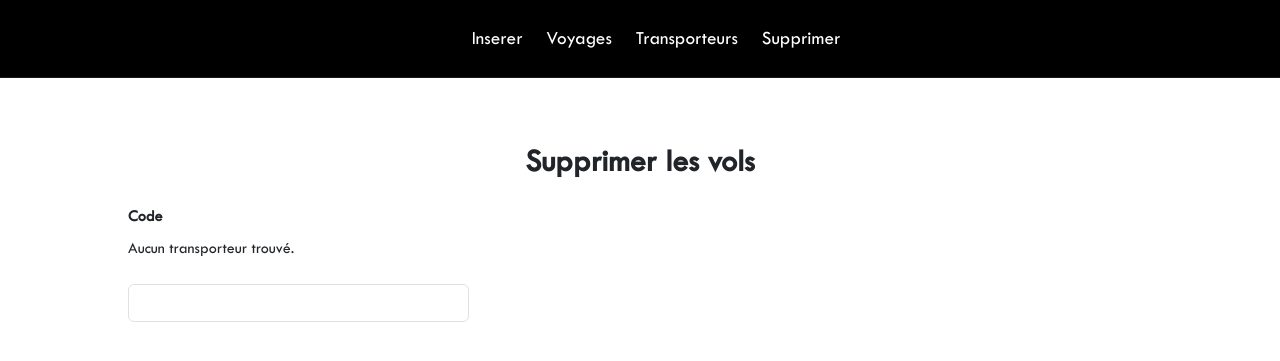
Repository: padevft/examen1-php
Page: http://localhost/server/pages/supprimerVols.php
These files come from the project's save history. The page is drawn as it stood at one moment and after the next save; the edit follows.
The browser window is 1280 px wide. The pictures show the whole page.
The page is run by PHP 8.4 with error messages shown; the project is at /var/www/html/.

Above is the page before, as saved 2023-10-11 00:32:16.

### server/pages/supprimerVols.php
<?php
    // require_once('../voyage/includes/Voyage.php');
    // require_once('../voyage/modeleVoyage.php');
    function Ctr_Liste(){
        // return Mdl_ListeCode();
        return "";
    }
    $resultat = Ctr_Liste();
?>

<!DOCTYPE html>
<html lang="en">

<head>
  <meta charset="UTF-8" />
  <meta name="viewport" content="width=device-width, initial-scale=1.0" />
  <title>Examen1</title>

  <link rel="stylesheet" href="../../client/utilitaires/bootstrap/css/bootstrap.min.css">
  <link rel="stylesheet" href="../../client/utilitaires/font-awesome-4.7.0/css/font-awesome.min.css">
  <link rel="stylesheet" href="../../client/utilitaires/swiper/swiper-bundle.min.css">
  <link rel="stylesheet" href="../../client/css/styles.css">

</head>

<body>
  <header>
    <nav class="container-nav">
        <ul class="d-flex flex-row align-items-center justify-content-center gap-4 menu">
          <li><a href="./../../index.php" class="menu-item">Inserer</a></li>
            <li><a href="./../../server/pages/voyages.php" class="menu-item">Voyages</a></li>
            <li><a href="./../../server/pages/transporteurs.php" class="menu-item">Transporteurs</a></li>
            <li><a href="./../../server/pages/supprimerVols.php" class="menu-item">Supprimer</a></li>
        </ul>
    </nav>
  </header>
  <main class="voyages">
    <h2 class="d-flex justify-content-center py-3"><b>Supprimer les vols</b></h2>
    <div class="d-flex col-12 col-md-4 flex-column gap-2">
        <label for="code" class="fw-semibold">Code</label>
        <?php
            if (is_array($resultat) && count($resultat) > 0) {
                echo '<select name="code" id="code" required class="form-control fw-semibold" placeholder="Code">';
                foreach ($resultat as $row) {
                    echo "<option value='{$row['code']}'>{$row['code']}</option>";
                }
                echo '</select>';
            } else {
                // Si le tableau est vide, affichez un message d'erreur
                echo "<p>Aucun transporteur trouvé.</p>";
            }
        ?>
        <select name="code" id="code" required class="form-control fw-semibold" placeholder="Code">

        </select>

    </div>

  </main>
  <script src="../../client/utilitaires/Jquery/jquery-3.6.0.min.js"></script>
  <script src="../../client/utilitaires/bootstrap/js/bootstrap.min.js"></script>
</body>

</html>

### client/css/styles.css
/* var text-decoration */
@font-face {
  font-family: myfont;
  src: url(../utilitaires/fonts/ufonts.com_tw-cen-mt.ttf);
}

:root {
  --color-primary: #c54f13;
  --color-primary-1: #b76b452e;
  --color-white-1: #fff;
  --color-dashed: #cccccc2f;
  --color-dashed-1: #cccccc90;
  --color-bg-1: rgba(0, 0, 0, 0.366);
}

* {
  transition: all 0.5s ease;
}

body {
  font-family: myfont !important;
}
h1 {
  display: inline-flex;
  position: relative;
  cursor: pointer;
}

a {
  color: unset;
  outline: unset;
  text-decoration: none !important;
}

ul {
  list-style-type: none; /* Retire les puces */
}

/*

****************************
Header
****************************

*/

header ul {
  margin: 0 !important;
}
.container-nav {
  padding: 1.5rem 0rem;
  background-color: black;
  border-bottom: 1px solid rgba(255, 255, 255, 0.1);
}

.menu-item {
  display: inline;
  position: relative;
  color: var(--color-white-1);
  padding-bottom: 5px;
  font-size: 1.2rem;
}

.menu-item:hover {
  color: var(--color-primary);
}
.menu-item::before {
  content: "";
  position: absolute;
  bottom: 0;
  left: 0;
  background: var(--color-primary);
  height: 2.5px;
  opacity: 1;
  visibility: visible;
  width: 0;
  -webkit-transition: 0.4s all ease-out;
  -o-transition: 0.4s all ease-out;
  transition: 0.4s all ease-out;
}
.menu-item:hover:before {
  width: 100%;
}

.container-form{
  border : 1px solid #ccc;
  border-radius: 10px;
  height: 100vh;
}
.voyages{
  padding: 3rem 8rem;
}

Loaded but not shown: client/utilitaires/bootstrap/css/bootstrap.min.css (library); client/utilitaires/font-awesome-4.7.0/css/font-awesome.min.css (library); client/utilitaires/swiper/swiper-bundle.min.css (library); client/utilitaires/Jquery/jquery-3.6.0.min.js (library); client/utilitaires/bootstrap/js/bootstrap.min.js (library)

After the next save:
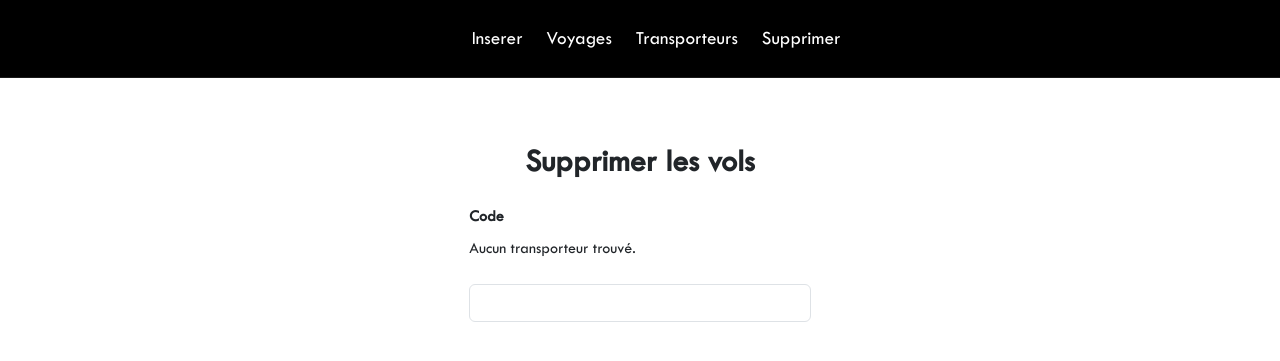
Saved 109 s later.
--- a/server/pages/supprimerVols.php
+++ b/server/pages/supprimerVols.php
@@ -36,24 +36,26 @@
   </header>
   <main class="voyages">
     <h2 class="d-flex justify-content-center py-3"><b>Supprimer les vols</b></h2>
-    <div class="d-flex col-12 col-md-4 flex-column gap-2">
-        <label for="code" class="fw-semibold">Code</label>
-        <?php
-            if (is_array($resultat) && count($resultat) > 0) {
-                echo '<select name="code" id="code" required class="form-control fw-semibold" placeholder="Code">';
-                foreach ($resultat as $row) {
-                    echo "<option value='{$row['code']}'>{$row['code']}</option>";
+    <div class="d-flex justify-content-center">
+        <div class="d-flex col-12 col-md-4 flex-column gap-2">
+            <label for="code" class="fw-semibold">Code</label>
+            <?php
+                if (is_array($resultat) && count($resultat) > 0) {
+                    echo '<select name="code" id="code" required class="form-control fw-semibold" placeholder="Code">';
+                    foreach ($resultat as $row) {
+                        echo "<option value='{$row['code']}'>{$row['code']}</option>";
+                    }
+                    echo '</select>';
+                } else {
+                    // Si le tableau est vide, affichez un message d'erreur
+                    echo "<p>Aucun transporteur trouvé.</p>";
                 }
-                echo '</select>';
-            } else {
-                // Si le tableau est vide, affichez un message d'erreur
-                echo "<p>Aucun transporteur trouvé.</p>";
-            }
-        ?>
-        <select name="code" id="code" required class="form-control fw-semibold" placeholder="Code">
+            ?>
+            <select name="code" id="code" required class="form-control fw-semibold" placeholder="Code">
 
-        </select>
+            </select>
 
+        </div>
     </div>
 
   </main>
